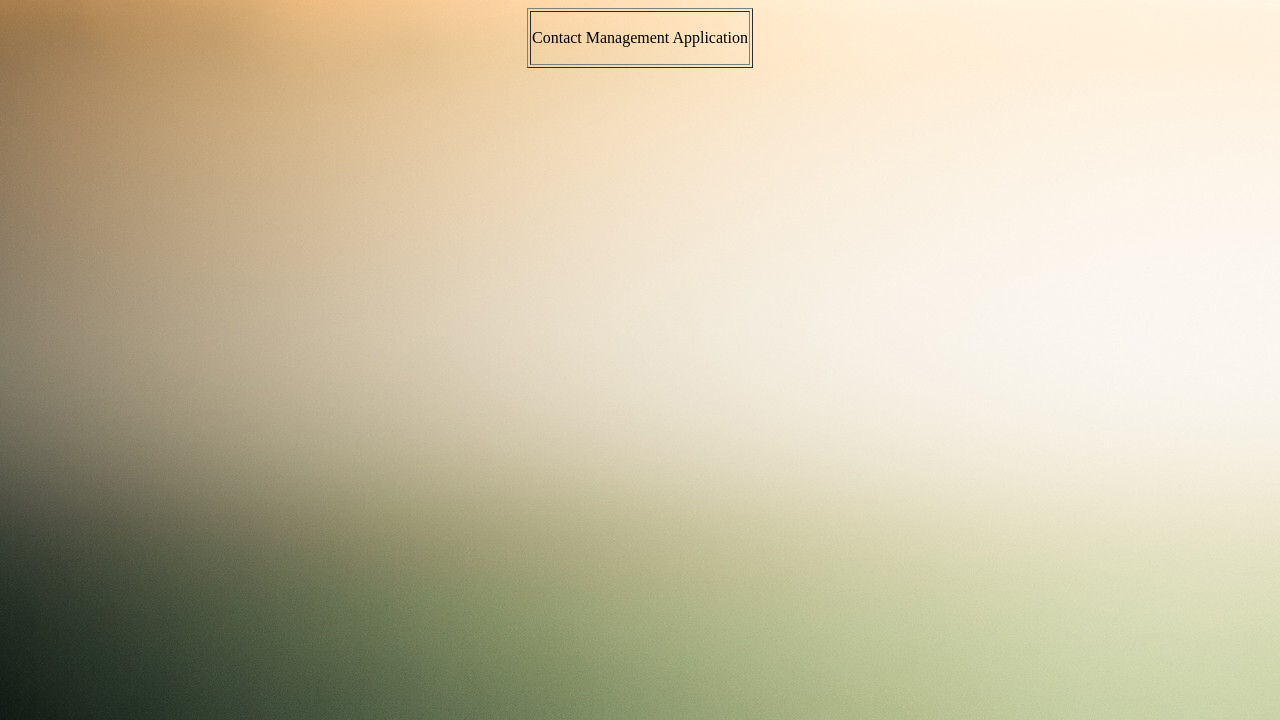
Repository: webutech/Java_Track
Page: http://localhost/MyContactApplication/
These files come from the project's save history. The page is drawn as it stood at one moment and after the next save; the edit follows.
The browser window is 1280 px wide. The pictures show the whole page.
The page is served by Tomcat 9.

Above is the page before, as saved 2017-04-12 05:39:23.

After the next save:
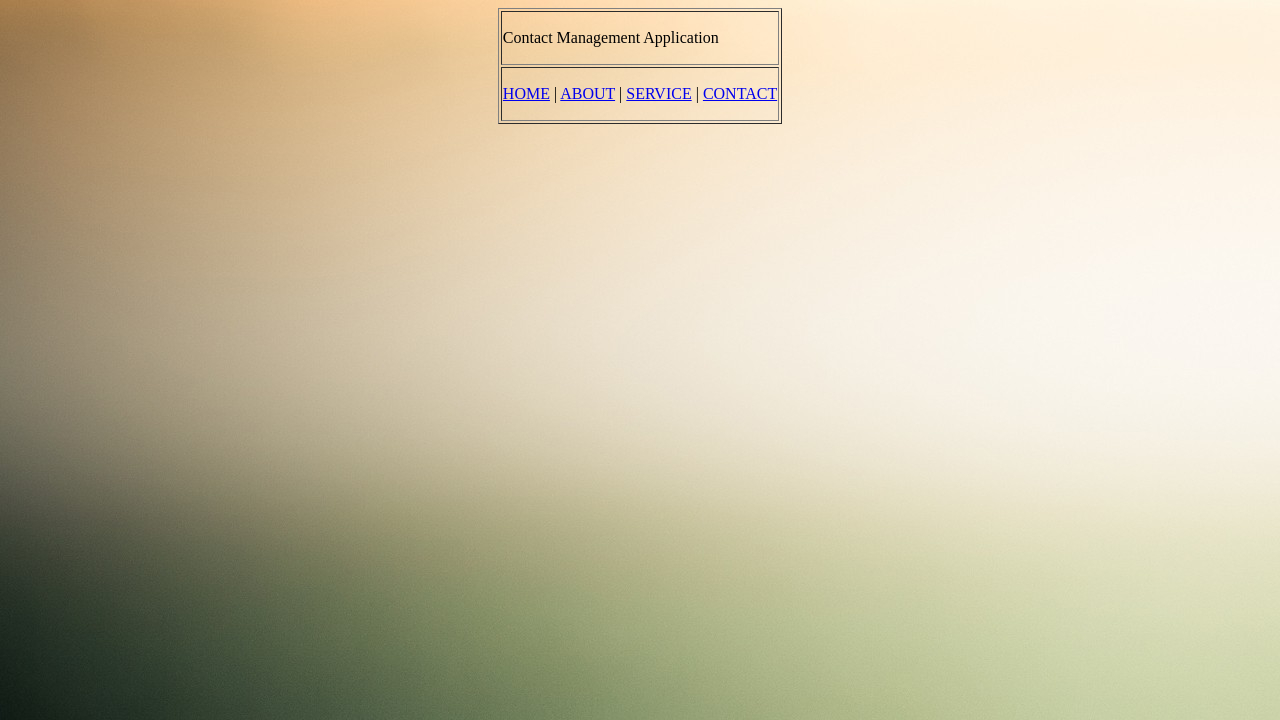
Saved 33 s later.
--- a/AdvJavaWS/MyContactApplication/WebContent/index.jsp
+++ b/AdvJavaWS/MyContactApplication/WebContent/index.jsp
@@ -14,6 +14,11 @@
 		<jsp:include page="header.jsp"/>
 	</td>
 </tr>
+<tr>
+	<td>
+		<jsp:include page="navigation.jsp"/>
+	</td>
+</tr>
 </table>
 
 </body>
